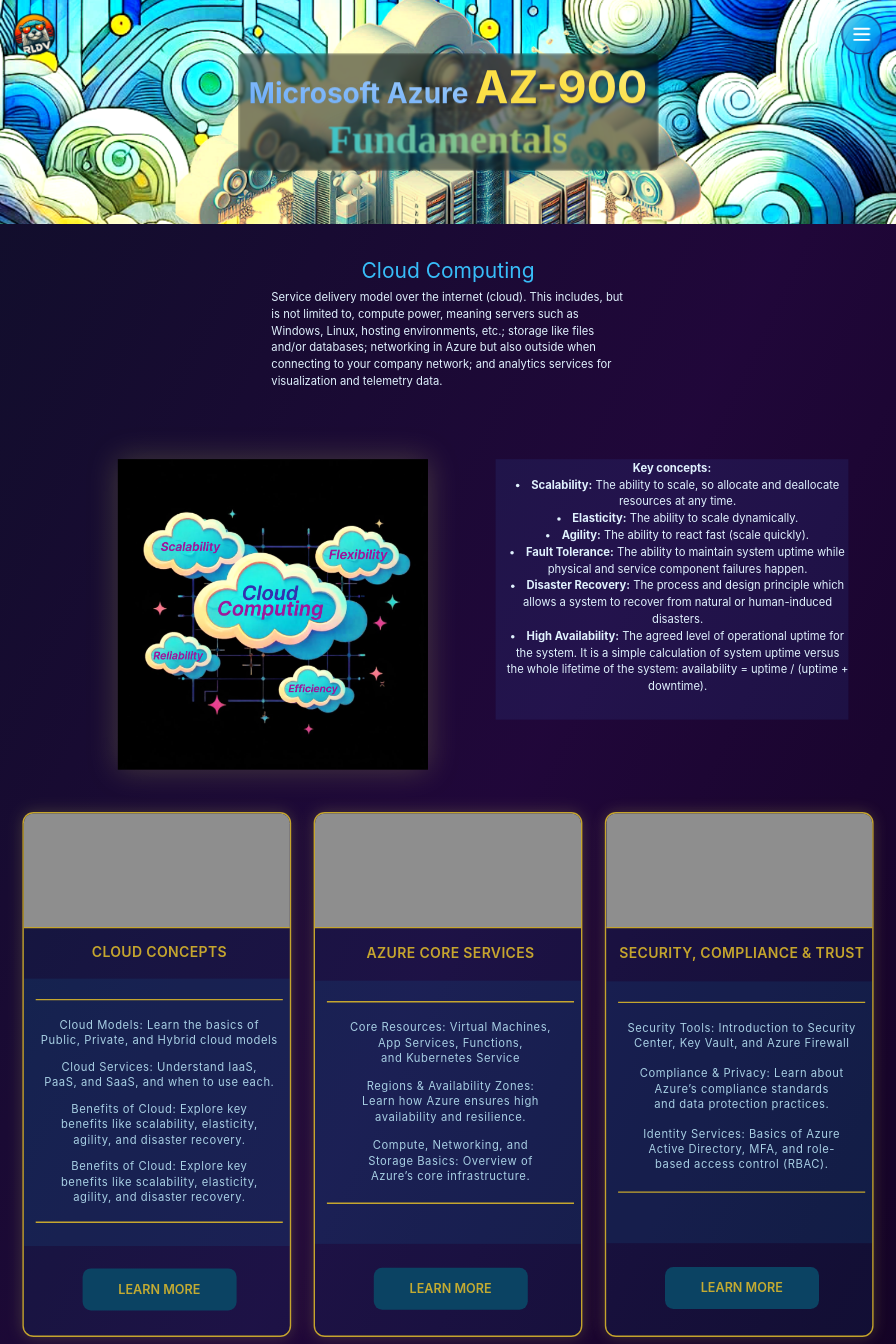
Repository: Freezler/az-900_svelte5
Page: /
These files come from the project's save history. The page is drawn as it stood at one moment and after the next save; the edit follows.
The browser window is 1280 px wide. The pictures show the part of the page from y = 0 to 1920 px (the page is 2638 px tall), at 70% of full size.
Pictures or frames that could not be fetched are drawn as grey boxes. The project was rebuilt for these pictures with package versions that can differ from the ones it lists, and the page was loaded fresh each time. The framework's server and built-in components were replaced by stand-ins that run in the browser. Also part of the build but not shown: vite.config.ts.

Above is the page before, as saved 2024-11-10 10:41:30.

After the next save:
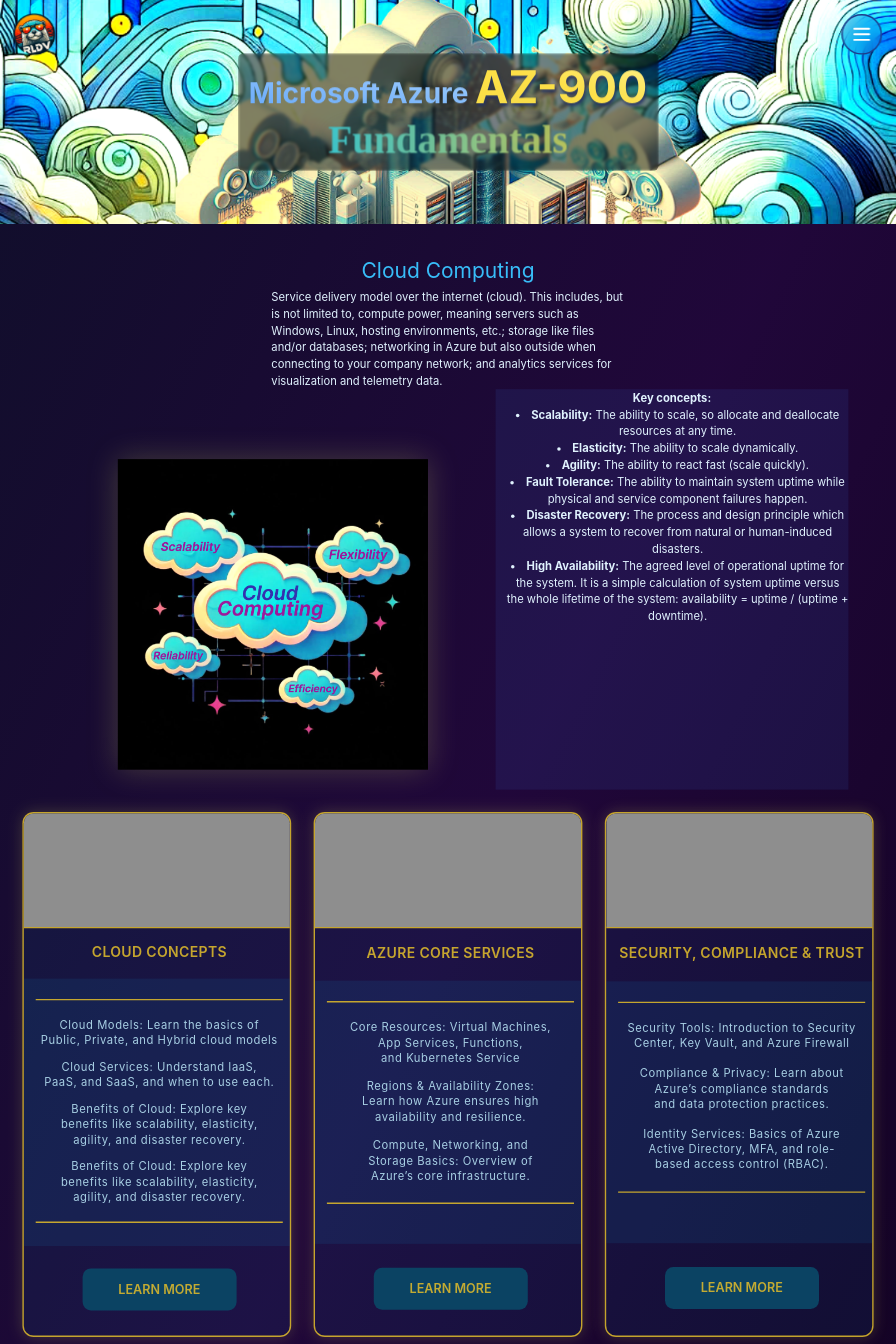
Saved 8 s later.
--- a/src/components/ComputingArticle.svelte
+++ b/src/components/ComputingArticle.svelte
@@ -17,7 +17,7 @@
 		class=" text-sky-100 drop-shadow-[0_0px_22px_rgba(255,255,99,0.2)] w-[572px] place-self-end"
 	/>
 	<article
-		class=" bg-blue-500/10  text-sky-100 lg:max-w-[50ch] w-[572px] h-[372px] "
+		class=" bg-blue-500/10  text-sky-100 lg:max-w-[50ch] w-[572px] h-[572px] "
 	>
 		<p><strong>Key concepts:</strong></p>
 		<ul class="list-inside list-disc pl-4">
